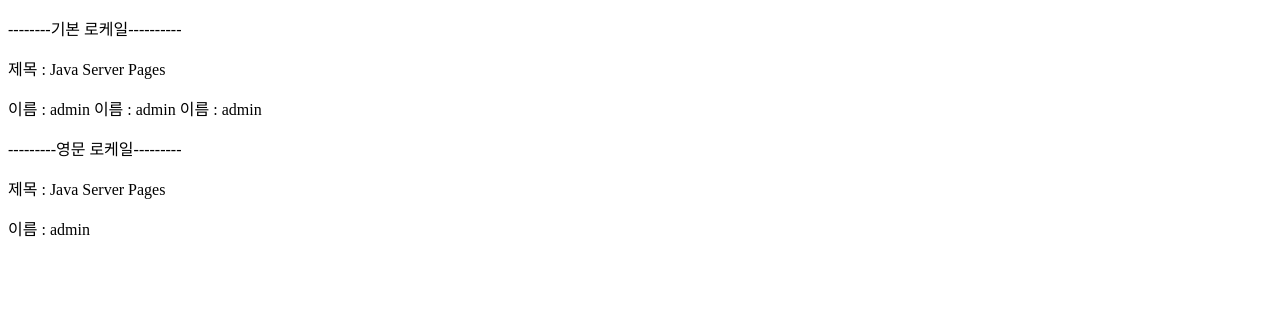
Repository: doyeong123/doyeonggit1
Page: http://localhost/jspbook2/ch09/jstl_fmt01.jsp
These files come from the project's save history. The page is drawn as it stood at one moment and after the next save; the edit follows.
The browser window is 1280 px wide. The pictures show the whole page.
The page is served by Tomcat 9.

Above is the page before, as saved 2023-12-12 08:09:29.

After the next save:
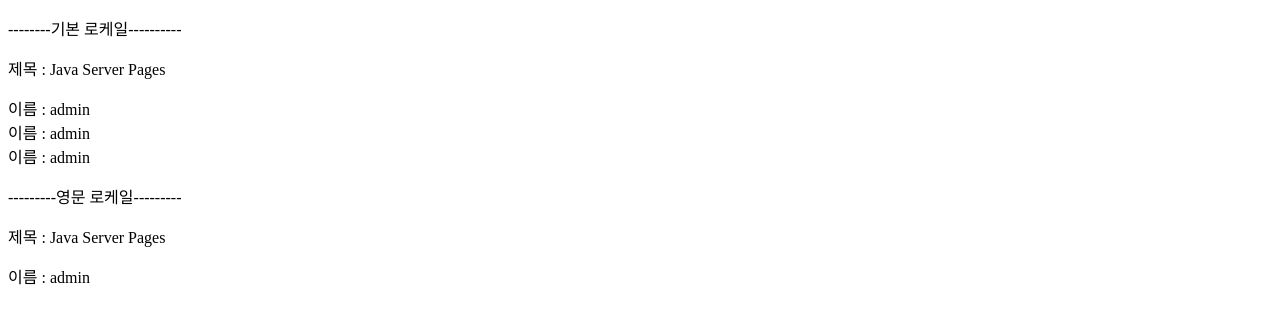
Saved 19 s later.
--- a/jsp/jspbook2/src/main/webapp/ch09/jstl_fmt01.jsp
+++ b/jsp/jspbook2/src/main/webapp/ch09/jstl_fmt01.jsp
@@ -15,9 +15,9 @@
 	<p> 제목 : <fmt:message key="title" bundle="${resourceBundle}"/></p>
 	<p> <fmt:message key="username" var="userMsg" bundle="${resourceBundle}"/>
 
+		이름 : ${userMsg}<br>
+		이름 : ${userMsg}<br>
 		이름 : ${userMsg}
-		이름 : ${userMsg}
-		이름 : ${userMsg}</p>
 
 	<p>---------영문 로케일---------
 		<fmt:setLocale value="en"/>
